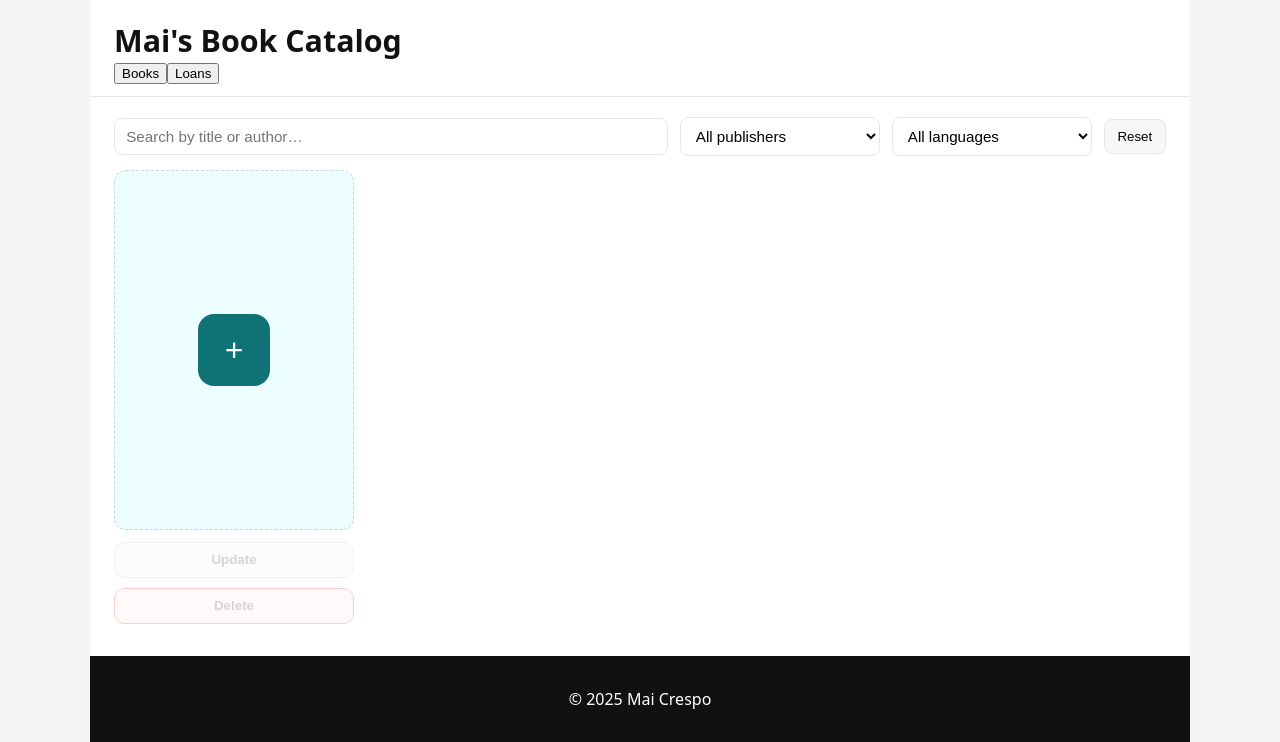
Repository: MaiCrespo/book-catalog-conditional-rendering
Page: /
An editor plug-in stored every save of this project. The page is shown before and after the next save, followed by the edit.
The browser window is 1280 px wide. The pictures show the whole page.
The project was rebuilt for these pictures with package versions that can differ from the ones it lists, and the page was loaded fresh each time. Also part of the build but not shown: vite.config.js, src/components/book.jsx, src/components/LoanManager.jsx.

Above is the page before, as saved 2025-10-29 17:25:01.

After the next save:
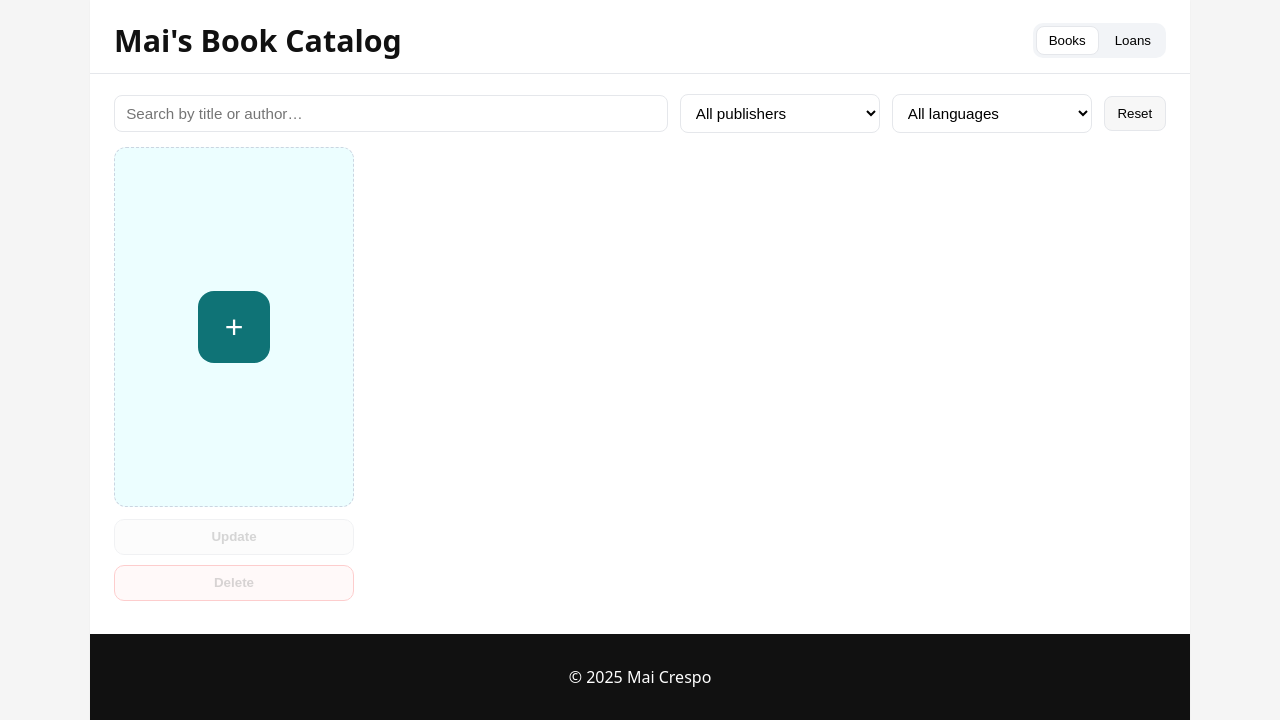
Saved 48 s later.
--- a/src/App.css
+++ b/src/App.css
@@ -321,3 +321,114 @@ body {
   gap: 12px;
   justify-content: center;
 }
+/* Header switch */
+.header-row {
+  display: flex;
+  align-items: center;
+  justify-content: space-between;
+}
+.view-switch {
+  display: inline-flex;
+  background: #f2f4f7;
+  border-radius: 10px;
+  padding: 3px;
+  gap: 4px;
+}
+.view-switch .tab {
+  border: 0;
+  background: transparent;
+  padding: 6px 12px;
+  border-radius: 8px;
+  cursor: pointer;
+}
+.view-switch .tab.active {
+  background: #fff;
+  border: 1px solid var(--border);
+}
+
+/* Book badge for loans */
+.thumb-wrap {
+  position: relative;
+}
+.badge-loan {
+  position: absolute;
+  top: 8px;
+  left: 8px;
+  font-size: 0.74rem;
+  background: #c026d3; /* purple */
+  color: #fff;
+  padding: 2px 8px;
+  border-radius: 999px;
+  box-shadow: 0 1px 2px rgba(0, 0, 0, 0.1);
+}
+.card.is-loaned {
+  opacity: 0.92;
+}
+
+/* Loan manager layout */
+.loan-wrap {
+  display: grid;
+  gap: 16px;
+}
+.loan-header {
+  display: flex;
+  justify-content: space-between;
+  align-items: center;
+}
+.notice {
+  border: 1px dashed var(--border);
+  background: #fffef3;
+  padding: 1rem;
+  border-radius: 10px;
+}
+.loan-form {
+  display: grid;
+  gap: 12px;
+  background: #fff;
+  border: 1px solid var(--border);
+  border-radius: 12px;
+  padding: 16px;
+}
+.loan-form .frow {
+  display: grid;
+  grid-template-columns: 200px 1fr;
+  gap: 10px;
+  align-items: center;
+}
+.loan-form input,
+.loan-form select {
+  padding: 0.55rem 0.7rem;
+  border: 1px solid var(--border);
+  border-radius: 8px;
+  background: #fff;
+}
+.loan-actions {
+  display: flex;
+  justify-content: flex-end;
+}
+.loan-actions .primary {
+  background: #166534;
+  color: #fff;
+  border: 0;
+  padding: 0.6rem 0.9rem;
+  border-radius: 8px;
+}
+
+.loan-list ul {
+  list-style: none;
+  padding: 0;
+  margin: 0;
+}
+.loan-item {
+  border: 1px solid var(--border);
+  background: #fff;
+  border-radius: 12px;
+  padding: 12px 14px;
+  margin-bottom: 10px;
+}
+.loan-title {
+  font-weight: 700;
+}
+.loan-meta {
+  color: var(--muted);
+}
